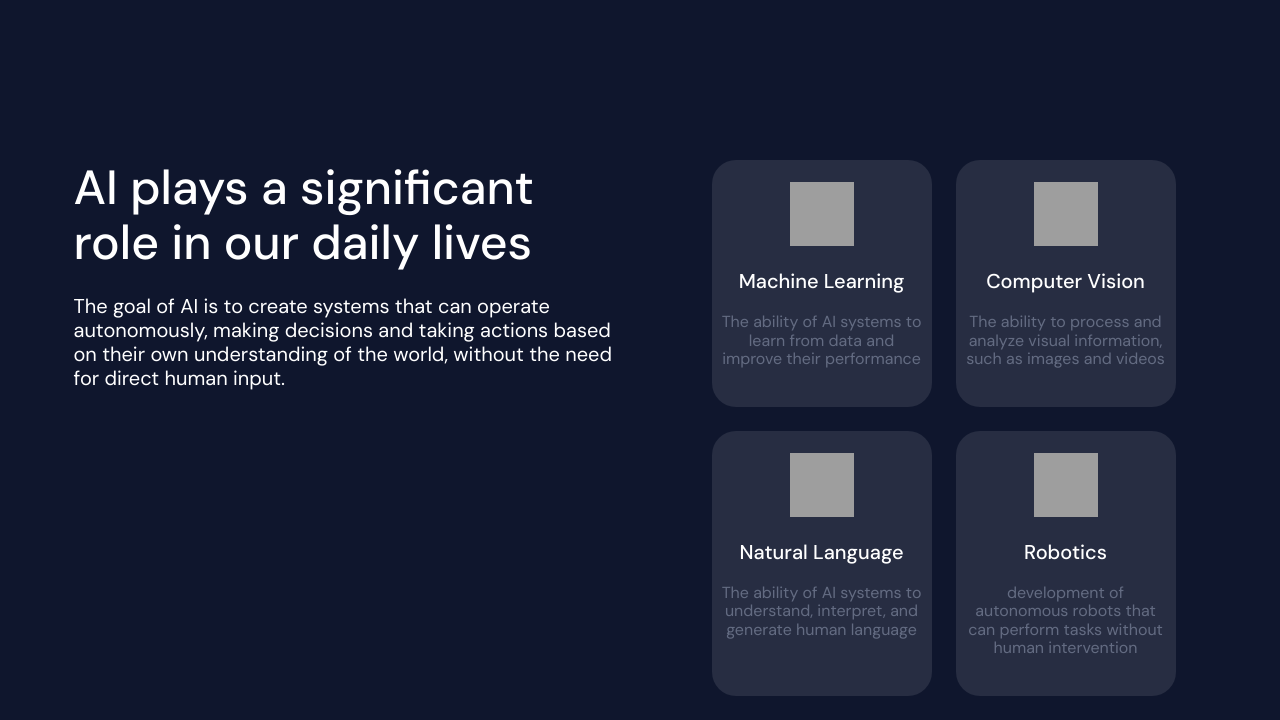
Repository: guli95/four-areas-of-AI-INVO-ACAdemy
Page: /
An editor plug-in stored every save of this project. The page is shown before and after the next save, followed by the edit.
The browser window is 1280 px wide. The pictures show the whole page.
Pictures or frames that could not be fetched are drawn as grey boxes. The project was rebuilt for these pictures with package versions that can differ from the ones it lists, and the page was loaded fresh each time.

Above is the page before, as saved 2023-03-13 15:39:00.

After the next save:
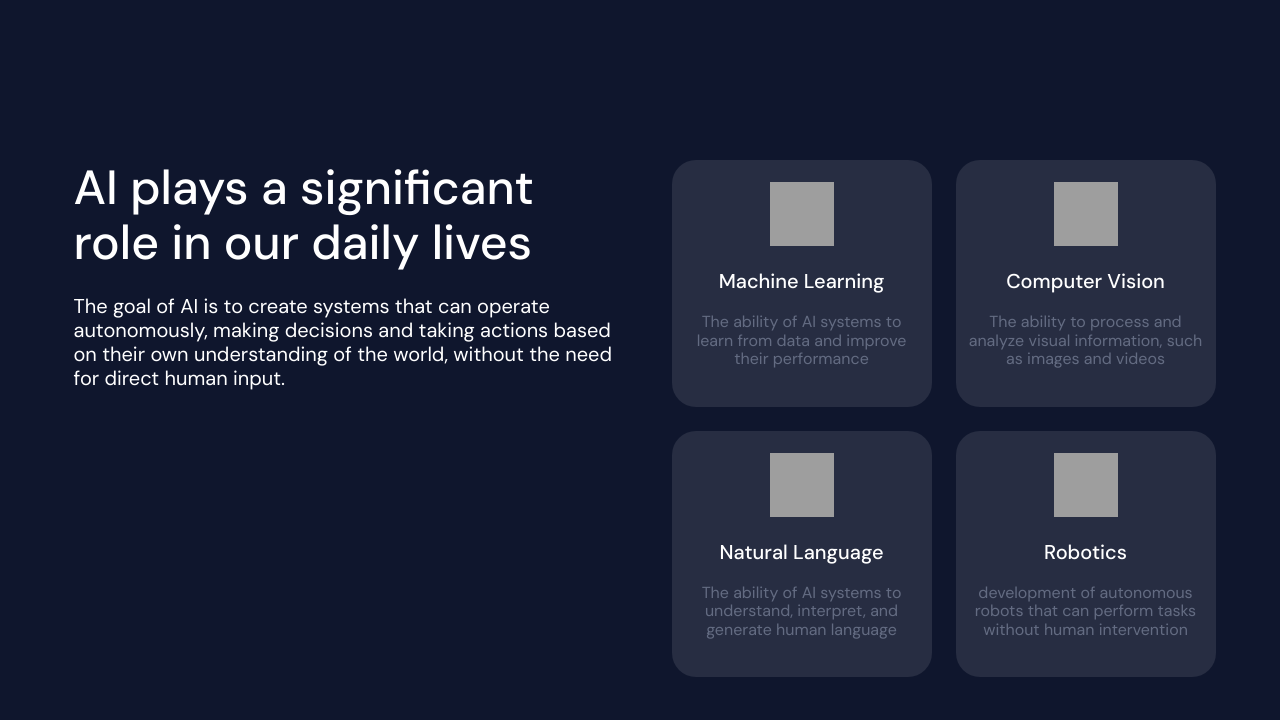
Saved 5 s later.
--- a/src/pages/home-page/styles/home-page.scss
+++ b/src/pages/home-page/styles/home-page.scss
@@ -72,7 +72,7 @@
             flex-direction: column;
             // justify-content: space-evenly;
             align-items: center;
-            max-width: 200px;
+            max-width: 240px;
             padding: 22px 10px;
             background-color:var(--color-secondary-grey);
             text-align: center;
